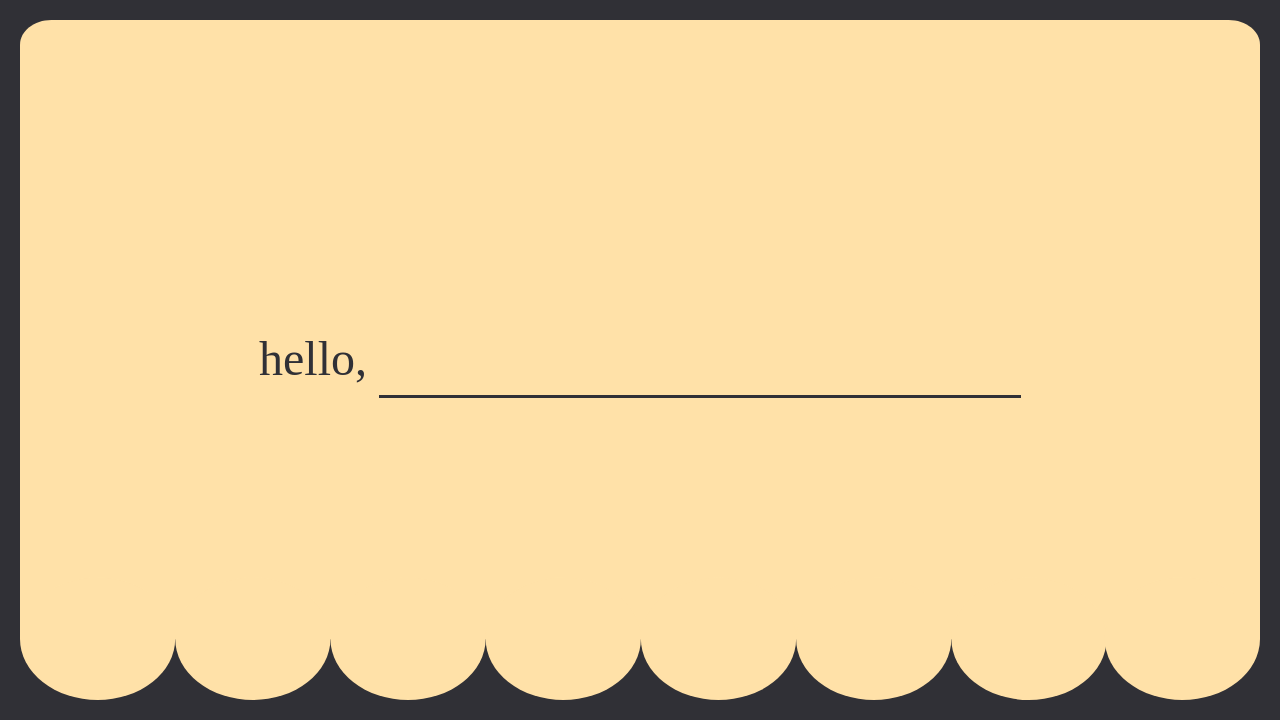
Repository: zhangolivia7/rot-recovery
Page: /
An editor plug-in stored every save of this project. The page is shown before and after the next save, followed by the edit.
The browser window is 1280 px wide. The pictures show the whole page.
Some web fonts or font styles are not loaded; a fallback is used. The project was rebuilt for these pictures with package versions that can differ from the ones it lists, and the page was loaded fresh each time. The framework's server and built-in components were replaced by stand-ins that run in the browser. Also part of the build but not shown: next.config.ts.

Above is the page before, as saved 2025-03-29 18:08:58.

### src/app/layout.tsx
import type { Metadata } from "next";
import { Geist, Geist_Mono } from "next/font/google";
import "./globals.css";

const geistSans = Geist({
  variable: "--font-geist-sans",
  subsets: ["latin"],
});

const geistMono = Geist_Mono({
  variable: "--font-geist-mono",
  subsets: ["latin"],
});

export const metadata: Metadata = {
  title: "Rot Recovery",
  description: "it's comeback time.",
};

export default function RootLayout({
  children,
}: Readonly<{
  children: React.ReactNode;
}>) {
  return (
    <html lang="en">
      <body
        className={`${geistSans.variable} ${geistMono.variable} antialiased`}
      >
        {children}
      </body>
    </html>
  );
}

### src/app/page.tsx
'use client'
import { SetStateAction, useState } from "react";
import { useWindowSize } from 'react-use';
import Confetti from 'react-confetti-boom';

export default function Home() {
  const [name, setName] = useState("");
  const [tasks, setTasks] = useState<{ id: number; text: string }[]>([]);
  const [timeframe, setTimeframe] = useState("");
  const [newTask, setNewTask] = useState("");
  const [schedule, setSchedule] = useState<string>(""); //store groqAPI response
  const [loading, setLoading] = useState<boolean>(false);

  // Update name
  const updateName = (e: React.ChangeEvent<HTMLInputElement>) => {
    setName(e.target.value);
    console.log(name);
  };

  // Update task text
  const updateTaskText = (id: number, text: string) => {
    setTasks(tasks.map(task => (task.id === id ? { ...task, text } : task)));
  };

  // Delete a task
  const deleteTask = (id: number) => {
    setTasks(tasks.filter(task => task.id !== id));
  };

  // Add new task when Enter is pressed
  const handleKeyDown = (e: React.KeyboardEvent<HTMLInputElement>) => {
    if (e.key === "Enter" && newTask.trim() !== "") {
      setTasks([...tasks, { id: Date.now(), text: newTask }]);
      setNewTask("");
    }
  };

  // Send tasks and timeframe to ChatGPT API and update schedule
  const handleSubmit = async () => {
    if (tasks.length === 0 || timeframe.trim() === "") {
      alert("Please enter tasks and a timeframe.");
      return;
    }

    setLoading(true); // Show loading state

    // Prepare message for Groq
    var prompt = "";

    if (name.toLowerCase() === "leslie") {
      prompt = `ALWAYS USE <b> IF YOU NEED TO BOLD YOUR RESPONSES!!! DO NOT USE DOUBLE ASTERICKS\nHey! You're talking to my friend ${name}, who's been bedrotting and has ${timeframe} to get back on track! Here's what ${name} has to get done':\n` +
        tasks.map((task, index) => `${index + 1}. ${task.text}`).join("\n") +
        `\n\nShe REALLY likes Hatsune Miku, so pretending you're Hatsune Miku and including Hatsune Miku references, give them a structured, realistic schedule based on the current time and amount of time they have to work in this schedule format:\n[Introduction message (make sure you introduce yourself as Hatsune Miku)]\n[00:00-##:##: <b>Task</b>, bit of encouragement and tips on how to complete the task well] and repeat this structure. Here's an example: <b>[Greeting]</b>\n\nHere's your customized schedule: \n\n<b>00:00-00:30: Finish Math Homework,</b> Leslie-chan! Take a deep breath and dive into your math problems. Focus on one question at a time, and make sure you understand each concept before moving on to the next. You got this!\n\n<b>00:30-01:15: Watch Algorithms Class Lecture.</b> Take a short break to grab a snack or stretch, and then settle in to watch your lecture. Take notes on important points, and don't hesitate to pause the video if you need to review something.\n\n<b>01:15-03:00: Study for Linear Algebra Test.</b> You're almost there, Leslie-chan! Review your notes and textbook, and try to summarize key concepts in your own words. Make flashcards or create a concept map to help you visualize the material.\n\n[Closing message with Hatsune Miku references]`;
    } else {
      prompt = `ALWAYS USE <b> IF YOU NEED TO BOLD YOUR RESPONSES!!! DO NOT USE DOUBLE ASTERICKS. Hey! You're talking to my friend ${name}, who's been bedrotting and has ${timeframe} to get back on track! Here's what ${name} has to get done':\n` +
        tasks.map((task, index) => `${index + 1}. ${task.text}`).join("\n") +
        `\n\nIn a fun, chill tone, give them a structured, realistic schedule based on the current time and amount of time they have to work in this schedule format:\n[Introduction message]\n<b>00:00-##:##: Task</b>, bit of encouragement and tips on how to complete the task well. Repeat this structure. Here's an example: <b>[Greeting]</b>\n\nHere's your customized schedule:\n\n<b>00:00-00:20: History Studying,</b> Let's get that history test prep started! Focus on reviewing your notes, making flashcards, and going over any tricky dates or events. You got this, Bob!\n\n<b>00:20-00:45: English Essay Brainstorm,</b> Time to get those creative juices flowing! Take 10-15 minutes to brainstorm ideas for your essay, then organize your thoughts into an outline. Remember, a solid outline will make the writing process so much smoother!\n\n<b>00:45-01:10: Math Homework</b>, Math homework can be a real challenge, but you're almost there! Focus on one problem at a time, and don't be afraid to take breaks if you get stuck. You've got this, Bob! You're so close to finishing!\n\n<b>01:10-02:00: Write That Essay,</b> It's time to put your thoughts into words! Take your outline and start writing that essay. Remember to stay focused, and don't worry too much about grammar or spelling at this stage. Just get your ideas down on paper!\n\n[Closing message]`;
    }

    try {
      const response = await fetch("/api/generate-schedule", {
        method: "POST",
        headers: { "Content-Type": "application/json" },
        body: JSON.stringify({ prompt }),
      });

      const data = await response.json();
      setSchedule(data.schedule); // Store response
    } catch (error) {
      console.error("Error fetching schedule:", error);
      setSchedule("Failed to generate schedule. Try again.");
    } finally {
      setLoading(false);
    }

    // Scroll to the schedule section
    document.getElementById("next-section")?.scrollIntoView({ behavior: "smooth" });
  };

  return (
    <div className={`h-screen snap-y snap-mandatory ${name.trim() === "" ? "overflow-hidden" : "overflow-y-scroll"}`}>
      {/* Section 1 */}
      <section id="sec1" className="h-screen flex justify-center items-center snap-start relative overflow-hidden">
        {/* SVG Background with exact 10px margin on all sides */}
        <div className="absolute top-[20px] left-[20px] right-[20px] bottom-[20px] z-0">
          <svg
            viewBox="0 0 1382 961"
            fill="none"
            xmlns="http://www.w3.org/2000/svg"
            className="w-full h-full"
            preserveAspectRatio="none"
          >
            <path d="M0 35C0 15.6701 15.67 0 35 0H1347C1366.33 0 1382 15.67 1382 35V875H0V35Z" fill="#FFE1A8" />
            <circle cx="86.5" cy="874.5" r="86.5" fill="#FFE1A8" />
            <circle cx="259.5" cy="874.5" r="86.5" fill="#FFE1A8" />
            <circle cx="432.5" cy="874.5" r="86.5" fill="#FFE1A8" />
            <circle cx="605.5" cy="874.5" r="86.5" fill="#FFE1A8" />
            <circle cx="778.5" cy="874.5" r="86.5" fill="#FFE1A8" />
            <circle cx="951.5" cy="874.5" r="86.5" fill="#FFE1A8" />
            <circle cx="1124.5" cy="874.5" r="86.5" fill="#FFE1A8" />
            <circle cx="1295.5" cy="874.5" r="86.5" fill="#FFE1A8" />
          </svg>
        </div>

        {/* Foreground content */}
        <main className="z-10 flex flex-col gap-[32px] row-start-2 items-center sm:items-start">
          <div id="s1">
            <h1>
              hello, <input type="text" id="helloText" value={name} onChange={updateName} />
            </h1>
          </div>
        </main>
      </section>


      {name.trim() !== "" && (
        <>
          {/* Section 2 */}
          <section className="h-screen flex flex-col items-center snap-start">
            <div id="sec2" className="w-full h-full flex flex-col justify-start items-center pt-0">
              {name.toLowerCase() === "leslie" ? (
                // Special SVG for Leslie
                <svg width="724" height="509" viewBox="0 0 724 509" fill="none" xmlns="http://www.w3.org/2000/svg">
                  <path d="M495 354.5C491.4 354.5 469.167 355.833 458.5 356.5L460 359L528.5 363L525.5 359C516.833 357.5 498.6 354.5 495 354.5Z" fill="#88D0C7" />
                  <path d="M558 413L503.5 434.5L547 451L586 425L558 413Z" fill="#8A8585" />
                  <circle cx="545.624" cy="378" r="25" fill="#FFE1A8" />
                  <path d="M336.624 363C375.024 348.6 487.291 357 538.624 363L542.624 397C534.624 399.667 512.224 405.4 486.624 407C461.024 408.6 347.957 445 294.624 463C271.124 474.333 212.524 497 166.124 497C108.124 497 48.1241 453 50.1241 463C51.7241 471 30.7908 497 20.1241 509C12.7908 504.333 -1.4759 491.8 0.124102 479C1.7241 466.2 26.1241 437.667 38.1241 425L156.124 449C144.791 428.333 128.924 382.2 156.124 363C190.124 339 288.624 381 336.624 363Z" fill="#FFE1A8" />
                  <path d="M455.601 453.39C444.301 452.836 398.096 425.701 378.624 407L412.829 390.125C421.464 391.114 453.014 384.686 455.601 396.594C458.836 411.478 493.917 434.314 524.131 436.079C554.345 437.844 558.339 448.801 544.659 456.342C530.98 463.883 469.726 454.083 455.601 453.39Z" fill="#FFE1A8" />
                  <path d="M529 359C505.167 359.167 455.8 360.1 449 362.5C440.5 365.5 408.5 380.5 403 386.5C397.5 392.5 387.5 398 385.5 406C383.9 412.4 384.833 415.333 385.5 416C381.167 412.5 372.8 404.1 374 398.5C375.423 391.858 379.997 387.017 382.597 386.539C380.62 386.631 375.704 386.944 375 388C374.2 389.2 373.333 390.833 373 391.5C373.167 386.667 374.9 376.1 380.5 372.5C387.5 368 403.5 358.5 417 357C430.5 355.5 463 353 473.5 353C484 353 521.5 357 524 357C526 357 528.167 358.333 529 359Z" fill="#88D0C7" />
                  <path d="M550 371.5C553.2 374.3 558.667 374.667 561 374.5L554 369.5L541 362H550C548 361 543 359 539 359C535 359 529.167 360.5 526.5 361.5C525.667 360.5 523.5 359 525.5 359C528 359 534.5 352.5 541 351.5C547.5 350.5 557 353 561 355C564.2 356.6 567.167 361 567.5 364C568.333 364.5 569 368.3 571 371.5C573.5 375.5 567 396 566 397C565 398 547.5 406.5 544 406.5C540.5 406.5 436.5 434 411 446C385.5 458 297 481.5 291.5 481C287.1 480.6 276.333 476.5 271.5 474.5C275.667 475.5 284.7 476.7 287.5 473.5C290.3 470.3 305.667 466.167 313 464.5H301C295 464.5 287.167 470.5 284 473.5C285.5 471 289.1 465.7 291.5 464.5C293.9 463.3 303.833 457.667 308.5 455C312 454.833 320.8 453.6 328 450C337 445.5 433 410.5 454.5 406.5C471.7 403.3 512.333 398.833 530.5 397C535 398.5 545.2 401.5 550 401.5C553.076 401.5 557.203 399.266 560.091 397.493C558.356 397.618 556.601 396.675 554 397C550.8 397.4 544 391.167 541 388H550C554.8 388 559.333 385.667 561 384.5C558.167 383.333 552 380.6 550 379C548 377.4 545.167 368.333 544 364C544.667 365.333 546.8 368.7 550 371.5Z" fill="#88D0C7" />
                  <path d="M724 -9L586 425L558 413L507.5 433L3 -9H724Z" fill="#F8F2EC" fill-opacity="0.5" />
                  <path d="M531.5 350L529 360.5L526 362L527.5 348L531.5 350Z" fill="#9C4066" />
                  <path d="M543 411.5L530 397.5V397L525.5 397.5L535 408.5L531 409.5L534 411.5H543Z" fill="#9C4066" />
                </svg>
              ) : (
                // Default SVG
                <svg width="724" height="509" viewBox="0 0 724 509" fill="none" xmlns="http://www.w3.org/2000/svg">
                  <path d="M558 413L503.5 434.5L547 451L586 425L558 413Z" fill="#8A8585" />
                  <circle cx="545.624" cy="378" r="25" fill="#FFE1A8" />
                  <path d="M336.624 363C375.024 348.6 487.291 357 538.624 363L542.624 397C534.624 399.667 512.224 405.4 486.624 407C461.024 408.6 347.957 445 294.624 463C271.124 474.333 212.524 497 166.124 497C108.124 497 48.1241 453 50.1241 463C51.7241 471 30.7908 497 20.1241 509C12.7908 504.333 -1.4759 491.8 0.124102 479C1.7241 466.2 26.1241 437.667 38.1241 425L156.124 449C144.791 428.333 128.924 382.2 156.124 363C190.124 339 288.624 381 336.624 363Z" fill="#FFE1A8" />
                  <path d="M455.601 453.39C444.301 452.836 398.096 425.701 378.624 407L412.829 390.125C421.464 391.114 453.014 384.686 455.601 396.594C458.836 411.478 493.917 434.314 524.131 436.079C554.345 437.844 558.339 448.801 544.659 456.342C530.98 463.883 469.726 454.083 455.601 453.39Z" fill="#FFE1A8" />
                  <path d="M724 -9L586 425L558 413L507.5 433L3 -9H724Z" fill="#F8F2EC" fillOpacity="0.5" />
                </svg>
              )}
              <h1 className="text-3xl mt-4">so you've been rotting...</h1>
            </div>
          </section>

          {/* Section 3 */}
          <section className="h-screen flex flex-col items-center justify-center snap-start">
            <div id="form">
              <h1 className="text-3xl">let's get back on track, {name}</h1>

              {/* Timeframe Input */}
              <input
                className="border p-2 w-80 mt-2"
                placeholder="Timeframe (e.g., 2 hours)"
                value={timeframe}
                onChange={(e) => setTimeframe(e.target.value)}
              />

              {/* To-Do List */}
              <div className="mt-4">
                <h2 className="text-lg font-bold">Enter your tasks</h2>
                <ul className="mt-3 space-y-2">
                  {tasks.map(task => (
                    <li key={task.id} className="flex items-center space-x-2">
                      <input
                        type="text"
                        value={task.text}
                        onChange={(e) => updateTaskText(task.id, e.target.value)}
                        className="border-b focus:outline-none bg-transparent w-full"
                      />
                      <button onClick={() => deleteTask(task.id)} className="text-lg">
                        ✕
                      </button>
                    </li>
                  ))}
                </ul>
              </div>

              {/* Add Task Input */}
              <input
                className="border p-2 w-80 mt-2"
                placeholder="Add a task and hit enter"
                value={newTask}
                onChange={(e) => setNewTask(e.target.value)}
                onKeyDown={handleKeyDown}
              />

              {/* Submit Button */}
              <button
                onClick={handleSubmit}
                className="mt-4 p-2 rounded-md"
              >
                {loading ? "Generating..." : "That's It"}
              </button>
            </div>
          </section>

          {/* Next Section - Display Schedule */}
          {schedule && (
            <section id="next-section" className="h-screen flex justify-center items-center snap-start">
              <div className="text-center max-w-xl">
                <h1 className="text-3xl mb-4">your schedule</h1>
                {loading ? (
                  <p className="text-lg">Generating your schedule...</p>
                ) : (
                  <p
                    className="whitespace-pre-wrap"
                    dangerouslySetInnerHTML={{ __html: schedule || "Your schedule will appear here." }}
                  />
                )}
              </div>
            </section>
          )}
        </>
      )}
    </div>
  );
}

### src/app/globals.css
@import url('https://fonts.googleapis.com/css2?family=Shrikhand&display=swap');
@import "tailwindcss";

@theme inline {
  --color-background: var(--background);
  --color-foreground: var(--foreground);
  --font-sans: var(--font-geist-sans);
  --font-mono: var(--font-geist-mono);
  --font-shrikhand: 'Shrikhand', cursive;
}

:root {
  --background: #303036;
  --foreground: #f1e4cc;
}

@media (prefers-color-scheme: dark) {
  :root {
    --background: #303036;
    --foreground: #f1e4cc;
  }
}

html {
  scroll-behavior: smooth;
}

.h-screen {
  height: 100vh;
}

.overflow-y-scroll {
  overflow-y: scroll;
}

.snap-y {
  scroll-snap-type: y mandatory;
}

.snap-start {
  scroll-snap-align: start;
}

body {
  background: var(--background);
  color: var(--foreground);
}

h1 {
  font-size: 3em;
}

#helloText {
  border-bottom: 3px solid var(--background);
}

#helloText:focus {
  outline: none;
}

#sec2 {
  display: flex;
  flex-direction: column;
  gap: 30px;
}

#form {
  display: flex;
  flex-direction: column;
  margin: 10px;
}

#s1 h1 {
  color: var(--background);
  font-family: var(--font-shrikhand);
}

#s1 input {
  font-family: Arial, Helvetica, sans-serif;
  font-weight: bold;
}

After the next save:
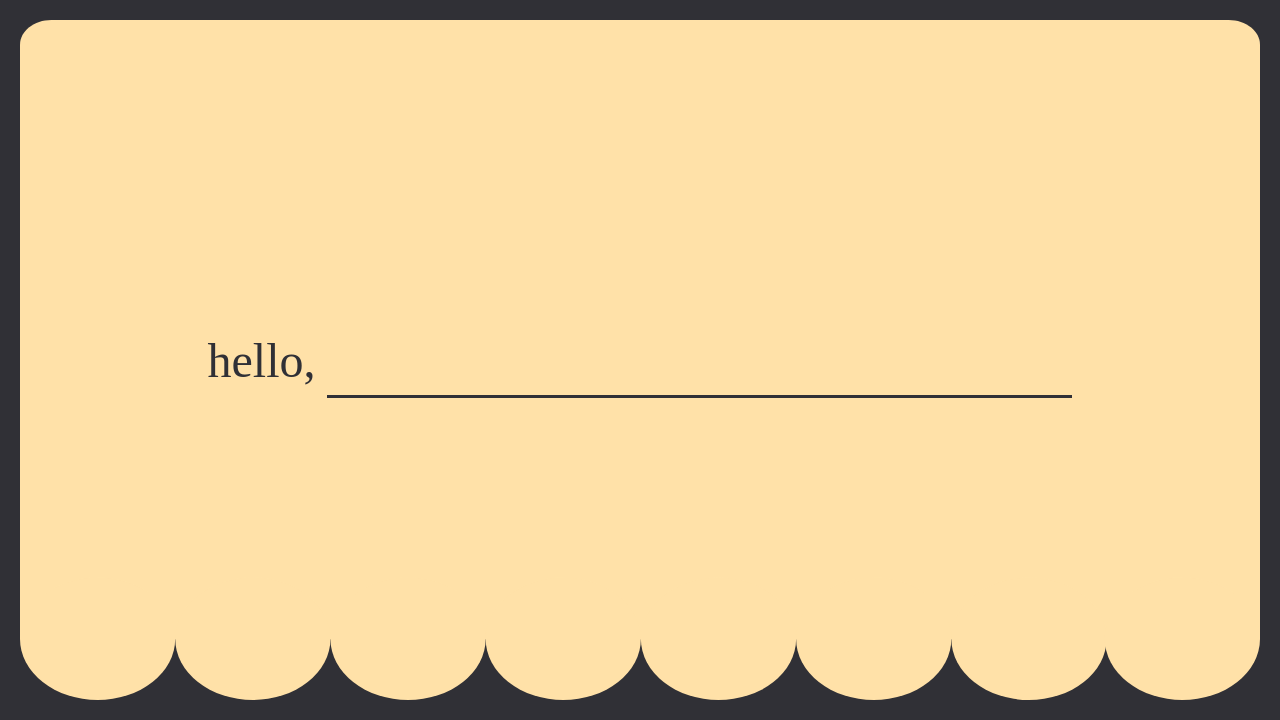
Saved 31 s later.
--- a/src/app/globals.css
+++ b/src/app/globals.css
@@ -76,6 +76,6 @@ h1 {
 }
 
 #s1 input {
-  font-family: Arial, Helvetica, sans-serif;
+  font-family: "Georgia", Georgia, 'Times New Roman', Times, serif, serif;
   font-weight: bold;
 }
